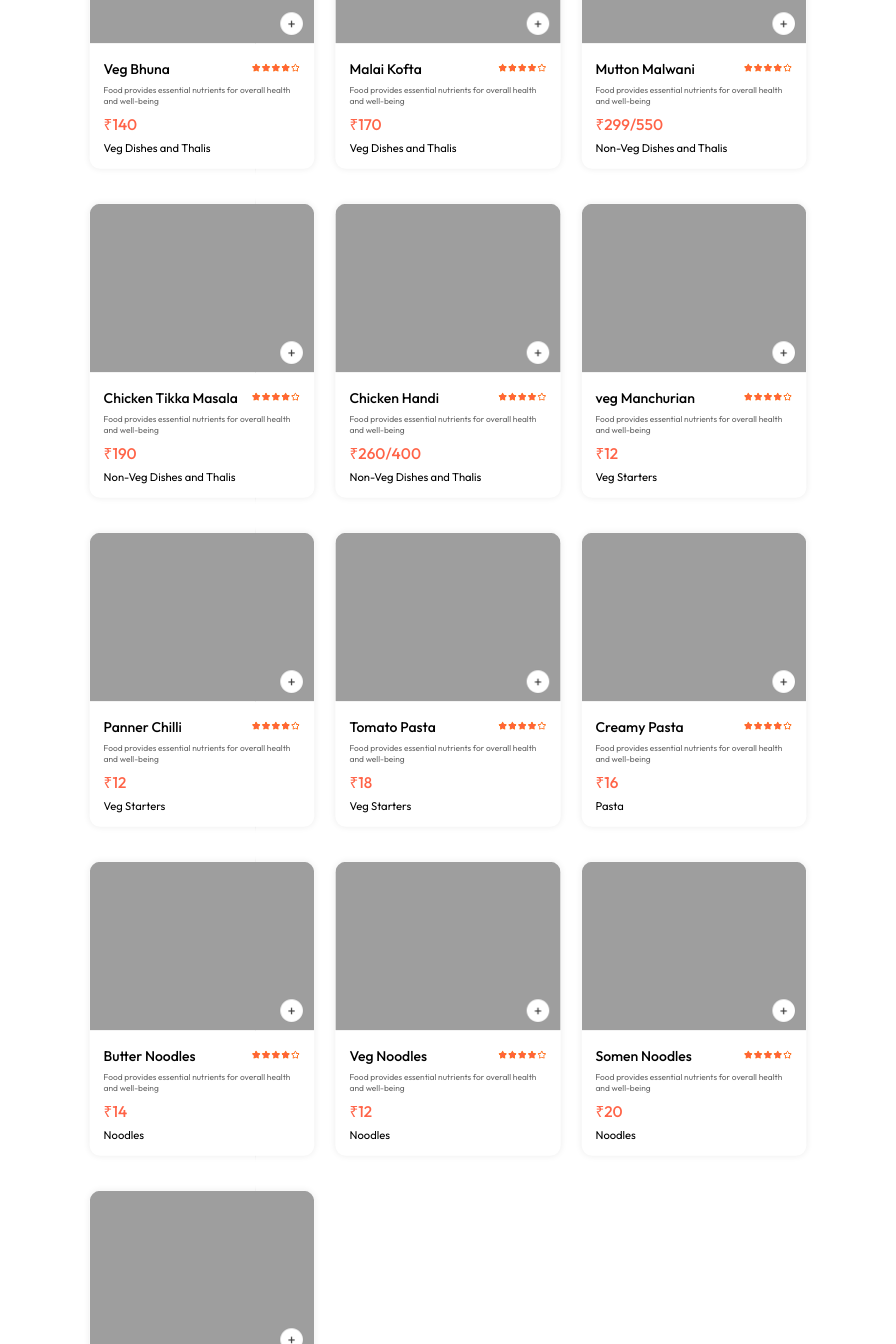
Repository: keyursanglikar/Hotel-Manangement
Page: / (app in frontend/)
An editor plug-in stored every save of this project. The page is shown before and after the next save, followed by the edit.
The browser window is 1280 px wide. The pictures show the part of the page from y = 3673 to 5593 px (the page is 8982 px tall), at 70% of full size.
The page's requests for data from a server got no answer. The project was rebuilt for these pictures with package versions that can differ from the ones it lists, and the page was loaded fresh each time. No one was signed in, and anything a server would have sent is missing. Also part of the build but not shown: frontend/vite.config.js, frontend/src/pages/Cart/Cart.css, frontend/src/pages/Cart/Cart.jsx, frontend/src/pages/PlaceOrder/PlaceOrder.jsx, frontend/src/components/LoginPopup/LoginPopup.css, frontend/src/components/LoginPopup/LoginPopup.jsx, frontend/src/pages/Verify/Verify.css, frontend/src/pages/Verify/Verify.jsx and 2 more.

Above is the page before, as saved 2025-12-05 13:53:24.

After the next save:
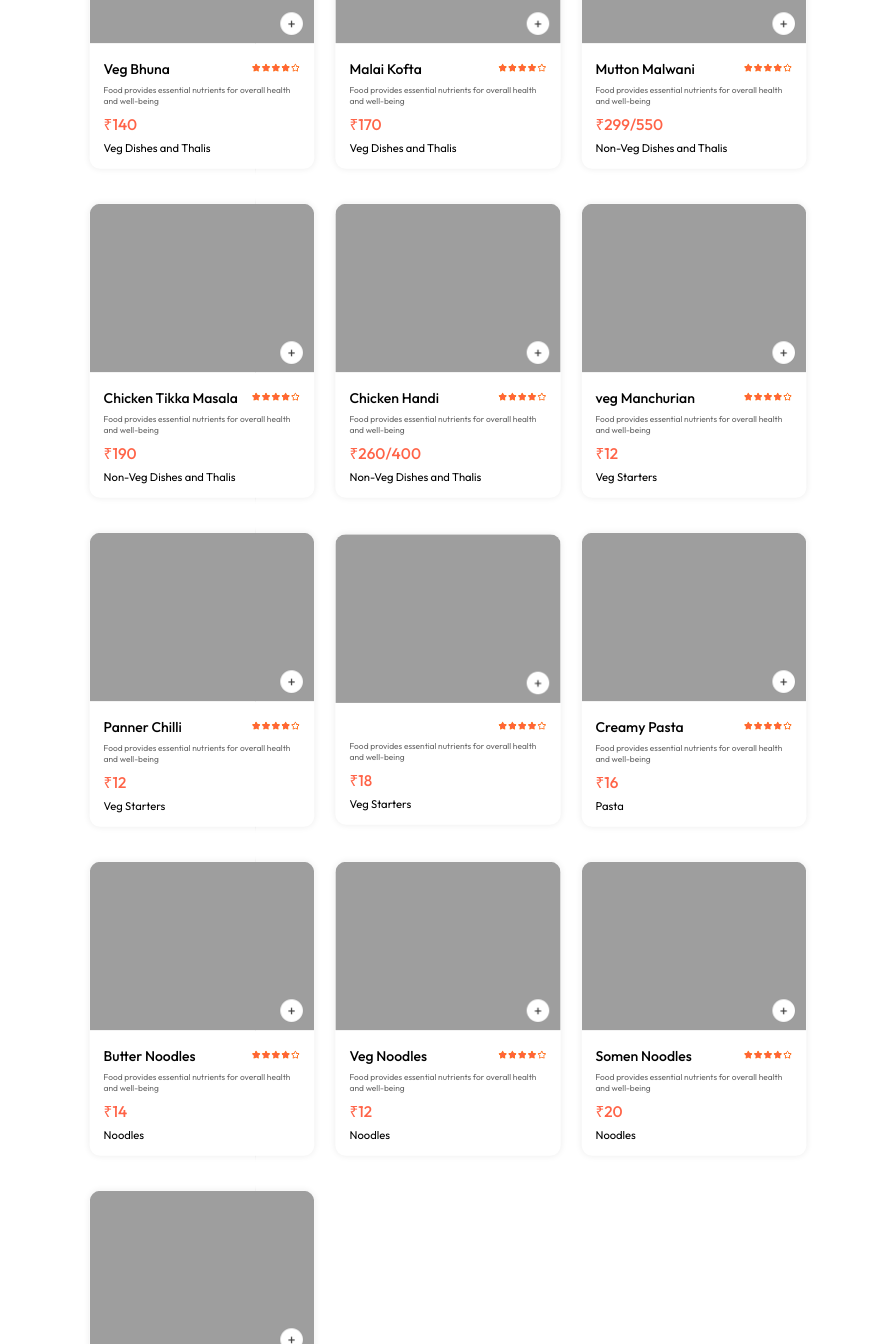
Saved 6 s later.
--- a/frontend/src/assets/assets.js
+++ b/frontend/src/assets/assets.js
@@ -750,7 +750,7 @@
     },
     {
         _id: "26",
-        name: "Tomato Pasta",
+        name: "",
         image: getFoodImage("food_26"),
         price: 18,
         description: "Food provides essential nutrients for overall health and well-being",
